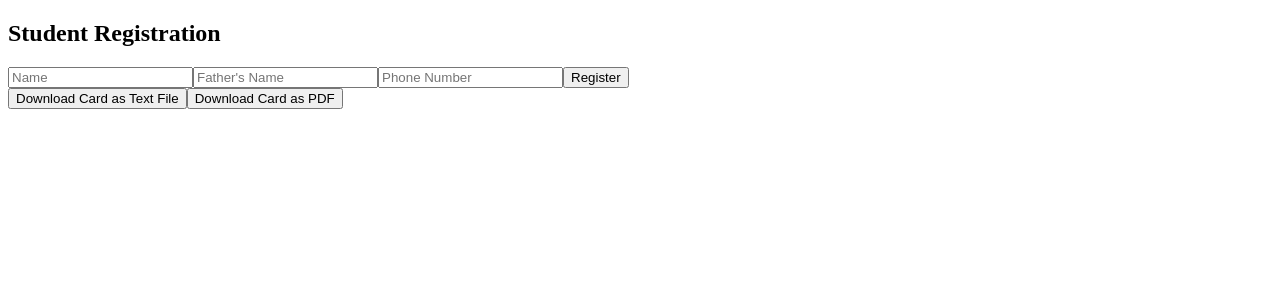
Repository: pripriya09/StudentID-Card-Download
Page: / (app in frontend/)
An editor plug-in stored every save of this project. The page is shown before and after the next save, followed by the edit.
The browser window is 1280 px wide. The pictures show the whole page.
The project was rebuilt for these pictures with package versions that can differ from the ones it lists, and the page was loaded fresh each time. Also part of the build but not shown: frontend/vite.config.js, frontend/src/copy form/style.css.

Above is the page before, as saved 2025-01-07 11:43:00.

### frontend/src/main.jsx
import React from 'react'
import ReactDOM from 'react-dom/client'
// import App from './App'
// import './index.css'
import Form from './Form.jsx'
// import IDCardForm from './copy form/IDCardForm.jsx'

ReactDOM.createRoot(document.getElementById('root')).render(
  <React.StrictMode>
    {/* <App /> */}
    <Form/>
    {/* <IDCardForm/> */}
  </React.StrictMode>,
)

### frontend/src/Form.jsx
import React, { useState } from "react";
import axios from "axios";
import "./style.css";
import jsPDF from "jspdf";

const Form = () => {
  const [formData, setFormData] = useState({
    name: "",
    fatherName: "",
    phoneNumber: "",
  });
  const [studentData, setStudentData] = useState(null);

  const handleSubmit = async (e) => {
    e.preventDefault();

    try {
      const response = await axios.post(
        "http://localhost:6009/api/students",
        formData
      );
      const result = response.data;

      setStudentData({
        ...formData,
        registrationNumber: result.registrationNumber,
      });

      setFormData({
        name: "",
        fatherName: "",
        phoneNumber: "",
      });
    } catch (error) {
      console.error("Error sending data:", error);
    }
  };

  const handleChange = (e) => {
    setFormData({ ...formData, [e.target.name]: e.target.value });
  };

  const handleDownloadText = () => {
    if (studentData) {
      const fileData = `
        Name: ${studentData.name}
        Father's Name: ${studentData.fatherName}
        Phone Number: ${studentData.phoneNumber}
        Registration Number: ${studentData.registrationNumber}`;
      const blob = new Blob([fileData], { type: "text/plain" });

      const link = document.createElement("a");
      link.href = URL.createObjectURL(blob);
      link.download = `${studentData.registrationNumber}_ID_Card.txt`;
      link.click();
    }
  };

  const handleDownloadPDF = () => {
    if (studentData) {
      const pdf = new jsPDF();
      const studentInfo = `
        Student ID Card
        Name: ${studentData.name}
        Father's Name: ${studentData.fatherName}
        Phone: ${studentData.phoneNumber}
        Registration Number: ${studentData.registrationNumber}`;

      pdf.text(studentInfo, 10, 10);
      pdf.save(`${studentData.registrationNumber}_ID_Card.pdf`);
    }
  };

  return (
    <div className="App">
      <h2>Student Registration</h2>

      <form onSubmit={handleSubmit}>
        <input
          type="text"
          name="name"
          placeholder="Name"
          value={formData.name}
          onChange={handleChange}
          required
        />
        <input
          type="text"
          name="fatherName"
          placeholder="Father's Name"
          value={formData.fatherName}
          onChange={handleChange}
          required
        />
        <input
          type="tel"
          name="phoneNumber"
          placeholder="Phone Number"
          value={formData.phoneNumber}
          onChange={handleChange}
          required
        />
        <button type="submit">Register</button>
      </form>

      {studentData && (
        <div className="student_id">
          <div className="top_section">
            <div className="profile_photo">
              <img
                src="https://upload.wikimedia.org/wikipedia/commons/thumb/a/af/Arnold_Schwarzenegger_by_Gage_Skidmore_4.jpg/220px-Arnold_Schwarzenegger_by_Gage_Skidmore_4.jpg"
                alt="Profile Photo"
              />
            </div>
            <div className="student_name">
              <ul className="student_info">
                <li className="name">Name: {studentData.name}</li>
                <li className="name">
                  Father's Name: {studentData.fatherName}
                </li>
              </ul>
            </div>
          </div>

          <div className="bottom_section">
            <div className="student_details">
              <ul>
                <li>
                  <span className="bold">ID:</span>{" "}
                  {studentData.registrationNumber}
                </li>
              </ul>
            </div>
          </div>
        </div>
      )}
      <div className="buttons">
        <button onClick={handleDownloadText}>Download Card as Text File</button>
        <button onClick={handleDownloadPDF}>Download Card as PDF</button>
      </div>
    </div>
  );
};

export default Form;

### frontend/src/App.css
.App {
  text-align: center;
  font-family: Arial, sans-serif;
}

form input, form button {
  margin: 10px;
  padding: 8px;
}

* {
  font-family: sans-serif;
  padding: 0px;
  margin: 0px;
}

.container {
  position: absolute;
  top: 50%;
  left: 50%;
  transform: translate(-50%, -50%);
  background-color: #ECEFF1;
  width: 500px;
  height: 250px;
  border-radius: 10px;
  overflow: hidden;
  box-shadow: 2px 3px 6px #ccc;
}

.svg-background {
  width: 100%;
  height: 100%;
  position: absolute;
  top: 0;
  left: 0;
  background-color: #1E88E5;
  -webkit-clip-path: polygon(0 0, 14% 0, 48% 100%, 0% 100%);
  clip-path: polygon(0 0, 14% 0, 48% 100%, 0% 100%);
}

.svg-background2 {
  width: 100%;
  height: 100%;
  position: absolute;
  top: 0;
  left: 20px;
  background-color: rgba(0,0,0,0.12);
  z-index: -9;
  -webkit-clip-path: polygon(0 0, 14% 0, 48% 100%, 0% 100%);
  clip-path: polygon(0 0, 14% 0, 48% 100%, 0% 100%);
}

.profile-img {
  position: absolute;
  width: 150px;
  height: 150px;
  margin-top: 55px;
  margin-left: 40px;
  border-radius: 50%;
}

.circle {
  position: absolute;
  width: 162px;
  height: 161px;
  left: 0;
  top: 0;
  background-color: #ECEFF1;
  border-radius: 50%;
  margin-top: 50.5px;
  margin-left: 35px;
}

.text-container {
  position: absolute;
  left: 260px;
  margin-top: 25px;
  max-width: 280px;
}

.title-text {
  color: #263238;
  font-size: 28px;
  font-weight: 600;
  margin-top: 5px;
}

.info-text {
  margin-top: 10px;
  font-size: 18px;
  font-weight: 700;
  text-align: center;
  margin-bottom: 20px;
}

.desc-text {
  font-size: 14px;
  margin-top: 10px;
}

Loaded but not shown: frontend/index.html (common file)

After the next save:
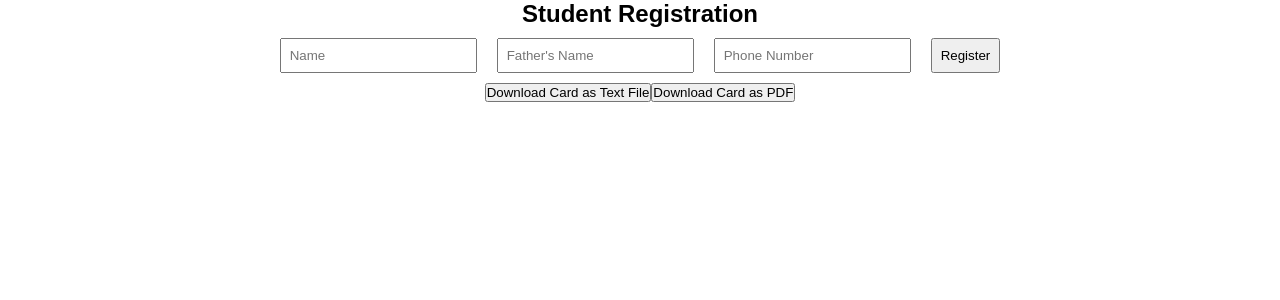
Saved 23 s later.
--- a/frontend/src/Form.jsx
+++ b/frontend/src/Form.jsx
@@ -1,6 +1,6 @@
 import React, { useState } from "react";
 import axios from "axios";
-import "./style.css";
+import "./App.css";
 import jsPDF from "jspdf";
 
 const Form = () => {
